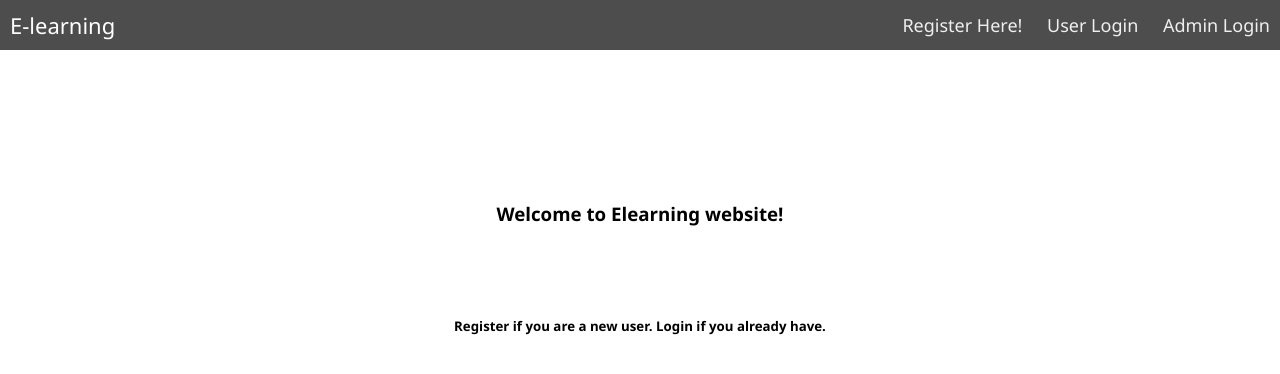
Repository: hemanthchallacs/learning_spring_boot
Page: http://localhost/welcome
These files come from the project's save history. The page is drawn as it stood at one moment and after the next save; the edit follows.
The browser window is 1280 px wide. The pictures show the whole page.
The page is this project's Thymeleaf template; nobody is signed in. The template is opened directly, without the code that normally fills it, so the values that code supplies are empty.

Above is the page before, as saved 2021-07-12 18:29:14.

After the next save:
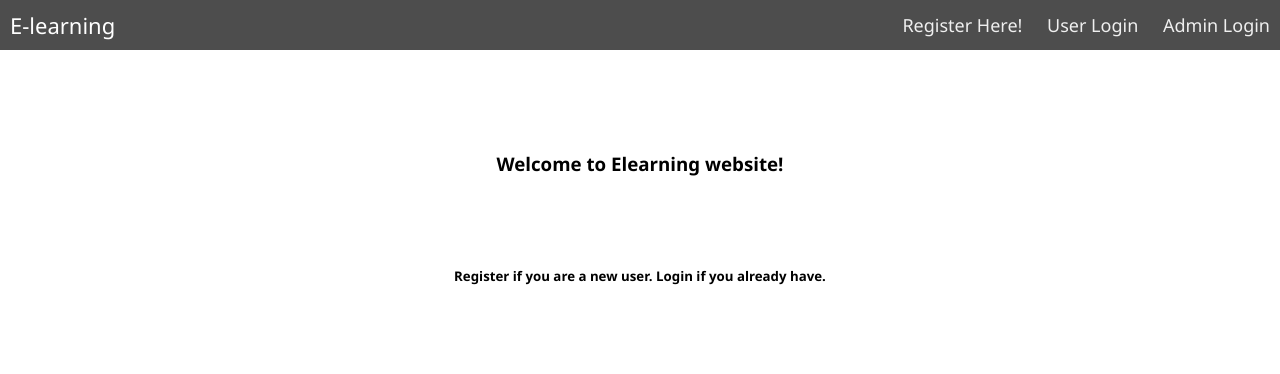
Saved 2 min 4 s later.
--- a/ver1_elearning/src/main/resources/templates/welcome.html
+++ b/ver1_elearning/src/main/resources/templates/welcome.html
@@ -14,10 +14,13 @@ body {
 }
 
 .nav {
+position: fixed;
+    width: 100%;
+    top: 0;
   height: 50px;
   width: 100%;
   background-color: #4d4d4d;
-  position: relative;
+
 }
 
 .nav > .nav-header {
